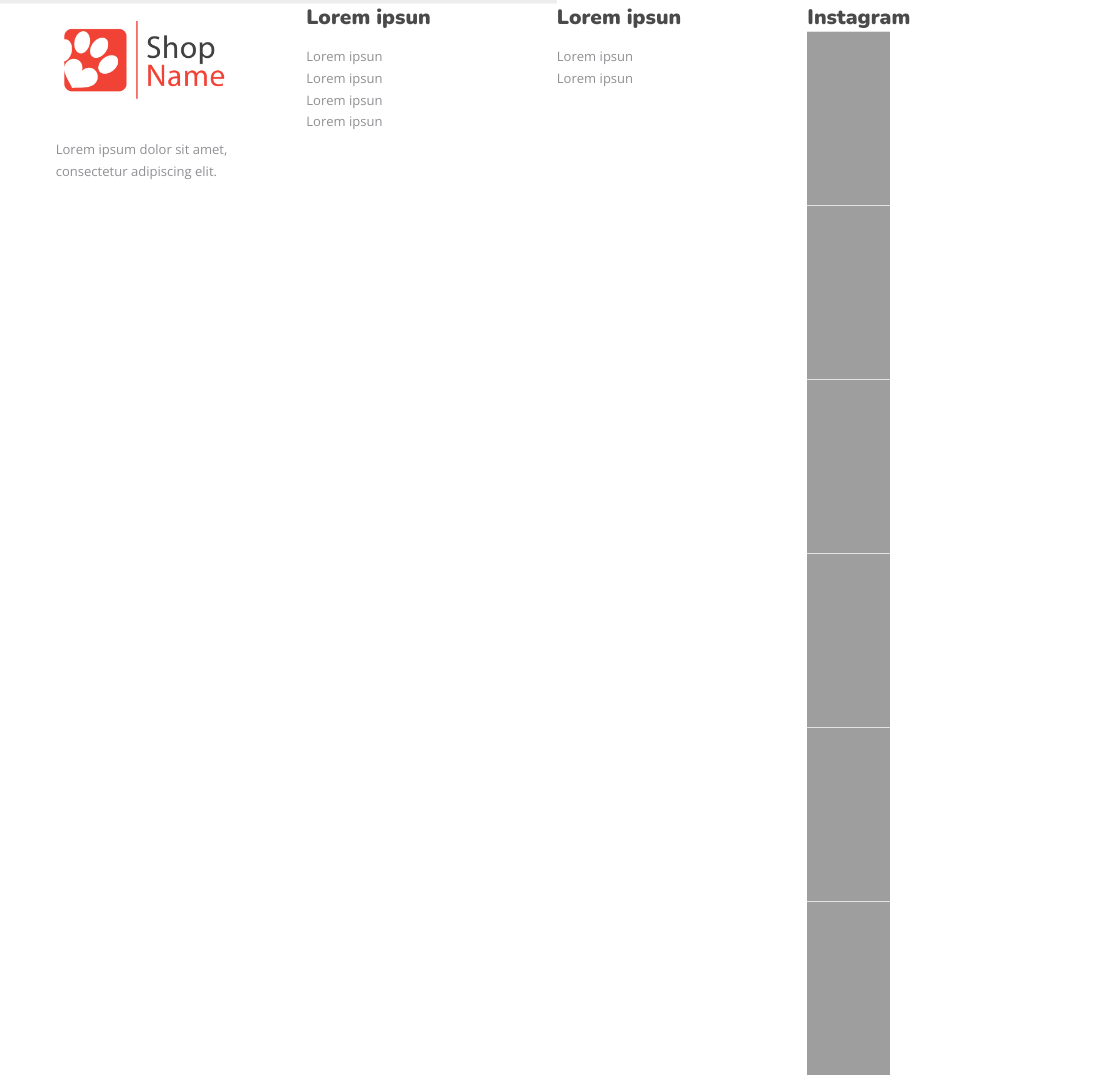
Repository: MarilynCuore/landingVet
Page: index.html
These files come from the project's save history. The page is drawn as it stood at one moment and after the next save; the edit follows.
The browser window is 1280 px wide. The pictures show the part of the page from y = 1930 to 3166 px (the page is 3166 px tall before and 2266 px after), at 87% of full size.
Pictures or frames that could not be fetched are drawn as grey boxes. Some web libraries are served in a nearby version. The style sheet was rebuilt from its Sass, Less or Tailwind sources for each picture, by a compiler version that may differ from the author's.

Above is the page before, as saved 2020-05-25 15:58:00.

After the next save:
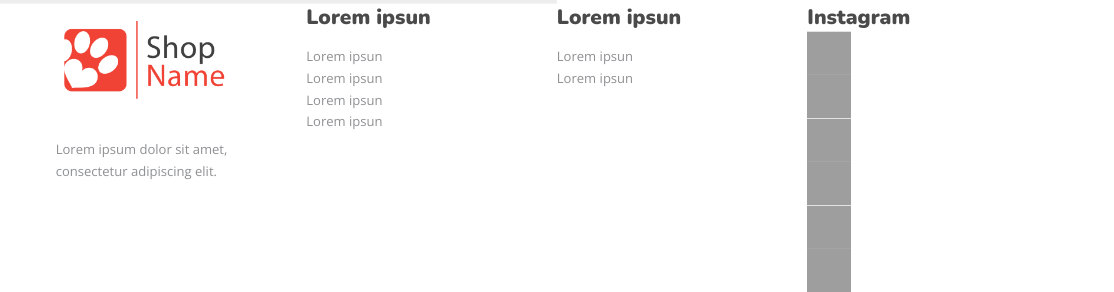
Saved 18 s later.
--- a/main.scss
+++ b/main.scss
@@ -354,8 +354,8 @@ footer {
         justify-content: flex-start;
         flex-wrap: wrap;
         a {
-          width: 200px;
-          height: 200px;
+          width: 50px;
+          height: 50px;
           background-size: cover;
           background-position: center;
           background-repeat: no-repeat;
